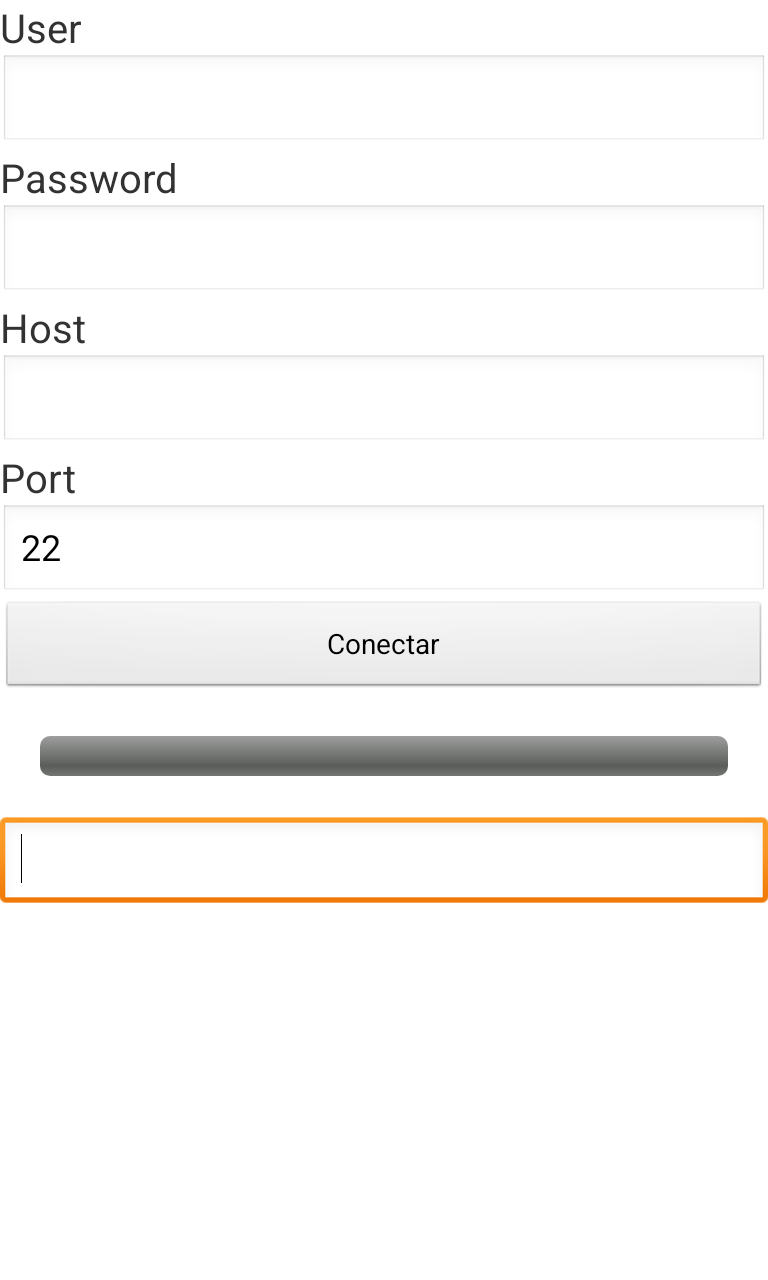
Repository: jonatansantos/Android-Server-Status
Layout: desarrollo/ModuloSSH/res/layout/pestanamainmanual.xml
The author's editor kept a copy of each file at every save. The layout is drawn from the files as they stood at one save, then again after the next save.
It is drawn on a 768 x 1280 px phone screen (xhdpi) without system bars, with theme android:Theme.Light; the app's code is not run.

Above is the layout before, as saved 2012-03-23 17:56:26.

After the next save:
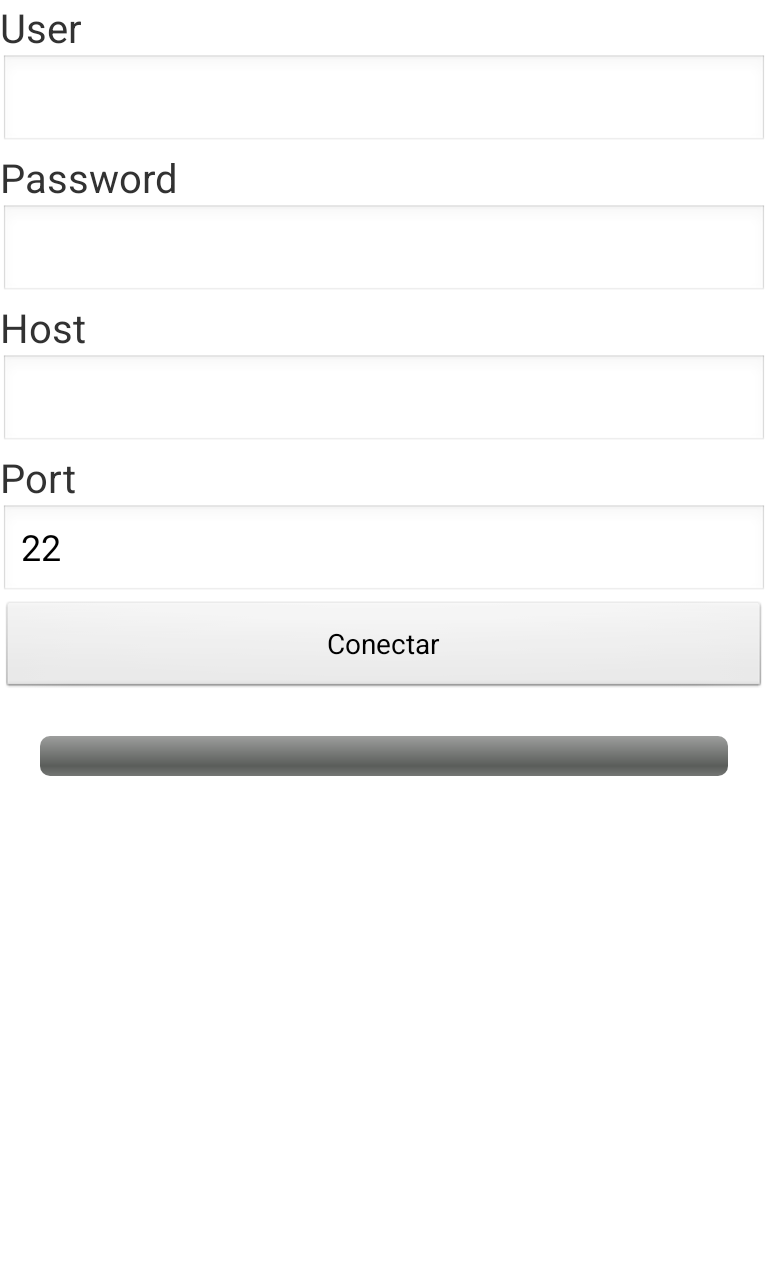
Saved 105 s later.
--- a/desarrollo/ModuloSSH/res/layout/pestanamainmanual.xml
+++ b/desarrollo/ModuloSSH/res/layout/pestanamainmanual.xml
@@ -130,14 +130,6 @@
         <!-- </LinearLayout> -->
         <!-- </ViewSwitcher> -->
 
-        <EditText
-            android:id="@+id/editText1"
-            android:layout_width="match_parent"
-            android:layout_height="wrap_content" >
-
-            <requestFocus />
-        </EditText>
-
     </LinearLayout>
 
 </ScrollView>
